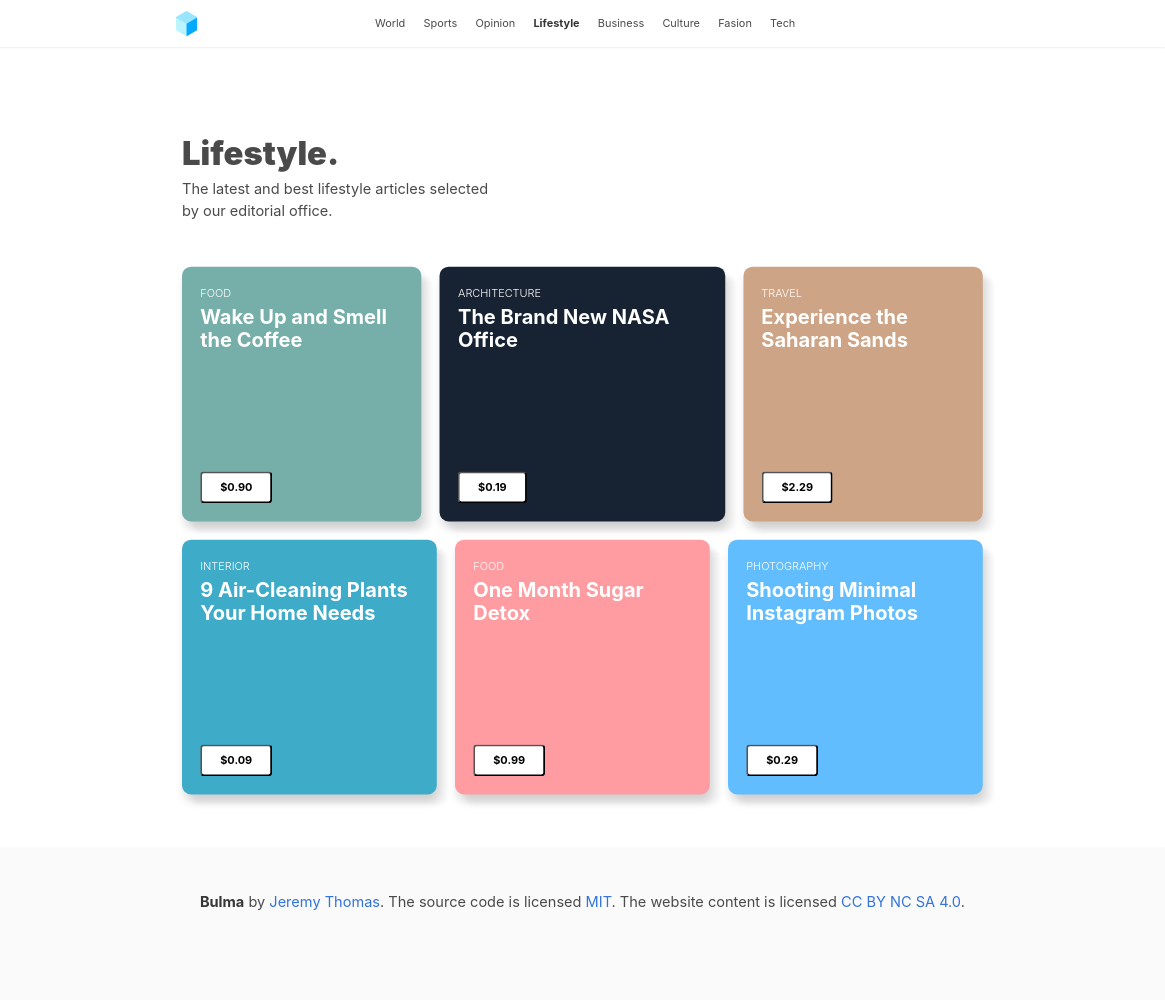
Repository: DOODpls/js_ass1
Page: index.html
An editor plug-in stored every save of this project. The page is shown before and after the next save, followed by the edit.
The browser window is 1280 px wide. The pictures show the whole page, at 91% of full size.

Above is the page before, as saved 2019-11-22 19:02:51.

### index.html
<!DOCTYPE html>
<html>
<head>
    <title></title>
    <link rel="stylesheet" href="https://cdnjs.cloudflare.com/ajax/libs/bulma/0.7.5/css/bulma.min.css" integrity="sha256-vK3UTo/8wHbaUn+dTQD0X6dzidqc5l7gczvH+Bnowwk=" crossorigin="anonymous" />
    <link rel="stylesheet" type="text/css" href="./styles.css">
</head>
<body>

    <nav class="navbar">
        <div class="container">
            <div class="logo"></div>
            <ul>
                <li>World</li>
                <li>Sports</li>
                <li>Opinion</li>
                <li><strong>Lifestyle</strong></li>
                <li>Business</li>
                <li>Culture</li>
                <li>Fasion</li>
                <li>Tech</li>
            </ul>
            <span class="icon">
              <i class="ion-ionic" style='color: black; background: black;'></i>
            </span>
        </div>
    </nav>

    <section class="section">
        <div class="container">
            <div style='margin: 40px 10px 40px'>
                <h1>Lifestyle.</h1>
                <p>The latest and best lifestyle articles selected<br/>
                    by our editorial office.
                </p>
            </div>
        </div>
        <div class="container">
            <div class='card-row' id='content'></div>
        </div>
    </section>

    <footer class="footer">
        <div class="content has-text-centered">
            <p>
                <strong>Bulma</strong> by <a href="https://jgthms.com">Jeremy Thomas</a>. The source code is licensed
                <a href="http://opensource.org/licenses/mit-license.php">MIT</a>. The website content
                is licensed <a href="http://creativecommons.org/licenses/by-nc-sa/4.0/">CC BY NC SA 4.0</a>.
            </p>
        </div>
    </footer>

    <script type="text/javascript" src='./app.js'></script>
</body>
</html>

### styles.css
/* - - - - - - - - - - - - - - - - - - - - - - - - - - - - - -
GENERAL
- - - - - - - - - - - - - - - - - - - - - - - - - - - - - - */
h1 {
    font-size: 36px;
    font-weight: 900;
}

.container {
    max-width: 900px;
}

/* - - - - - - - - - - - - - - - - - - - - - - - - - - - - - -
NAV
- - - - - - - - - - - - - - - - - - - - - - - - - - - - - - */
nav {
    border-bottom: 1px solid #ededed;
}

.navbar > .container {
    display: flex;
    align-items: center;
    justify-content: space-between;
}

nav .container ul {
    display: flex;
}

nav .container ul li {
    margin: 0 10px;
    font-size: 12px;
}

.logo {
    background: url('./img/logo.svg');
    background-size: 24px;
    background-position: center;
    background-repeat: no-repeat;

    height: 30px;
    width: 30px;
}

@media (max-width: 600px) {
    nav .container {
        padding: 0 30px;
    }

    nav .container ul {
        display: none;
    }
}

/* TILES */
.card-row {
    display: flex;
    flex-wrap: wrap;
}

.card {
    height: 280px;
    border-radius: 10px;
    background: rgba(23, 35, 50, 1);
    flex: 1 230px;
    margin: 10px;
    padding: 20px;
    position: relative;
    box-shadow: 2px 8px 9px 0px rgba(0, 0, 0, 0.14),
        11px 11px 6px rgba(0, 0, 0, 0.05);
}

.card .buy-button {
    position: absolute;
    bottom: 20px;
    left: 20px;
    background: white;
    color: black;
    border-radius: 4px;
    padding: 8px 20px;
    font-size: 12px;
    font-weight: 700;
}

.card .topic {
    color: white;
    font-weight: 300;
    font-size: 12px;
    text-transform: uppercase;
    margin-bottom: 5px;
}
.card .title {
    color: white;
    font-weight: 700;
    font-size: 22px;
}

### app.js
const green = 'rgba(118,174, 170, 1)'
const black = 'rgba(23,35, 50, 1)'
const brown = 'rgba(205,164, 133, 1)'
const greenblue = 'rgba(62,171, 201, 1)'
const pink = 'rgba(254,156, 161, 1)'
const blue = 'rgba(98,189, 254, 1)'

const data = [
    {
        topic: 'Food',
        title: 'Wake Up and Smell the Coffee',
        price: '$0.90',
        color: green
    },
    {
        topic: 'Architecture',
        title: 'The Brand New NASA Office',
        price: '$0.19',
        color: black
    },
    {
        topic: 'Travel',
        title: 'Experience the Saharan Sands',
        price: '$2.29',
        color: brown
    },
    {
        topic: 'Interior',
        title: '9 Air-Cleaning Plants Your Home Needs',
        price: '$0.09',
        color: greenblue
    },
    {
        topic: 'Food',
        title: 'One Month Sugar Detox',
        price: '$0.99',
        color: pink
    },
    {
        topic: 'Photography',
        title: 'Shooting Minimal Instagram Photos',
        price: '$0.29',
        color: blue
    }
]

// Instructions
// Take the data above and display it as tiles on the page
        //tried to do sort, but i suck
        // const button1 = document.querySelector('body section .container')
        // const btn1 = document.createElement('button')
        // btn1.className= 'buy-button'
        // btn1.id = "butt1"
        // button1.appendChild(btn1)

        // function sort1(){
        //     data.sort((a, b) => (a.topic > b.topic) ? 1 : -1)
        // }

        // const button2 = document.querySelector('#butt1')
        // button2.addEventListener('click', function(event) {
        //     sort1()
        // })

    for(i=0; i<data.length; i++){
        let heig
        if(i == 1){
            heig = '280px'
        }

        const tilers = document.querySelector('#content')
        const divr = document.createElement('div')
        divr.className= 'card'
        divr.style.backgroundColor = data[i].color
        divr.style.flex = heig
        divr.id = 'divtile'+ i
        tilers.appendChild(divr)

        const p1 = document.querySelector('#divtile'+i)
        const pr1 = document.createElement('p')
        pr1.textContent = data[i].topic
        pr1.className= 'topic'
        p1.appendChild(pr1)

        const p2 = document.querySelector('#divtile'+i)
        const pr2 = document.createElement('p')
        pr2.textContent = data[i].title
        pr2.className= 'title'
        p2.appendChild(pr2)

        const btn1 = document.querySelector('#divtile'+i)
        const btr2 = document.createElement('button')
        btr2.textContent = data[i].price
        btr2.className= 'buy-button'
        btn1.appendChild(btr2)
    }

    // data.forEach(function(item)
    // {
    //     const tilers = document.querySelector('#content')
    //     const divr = document.createElement('div')
    //     divr.className = 'card'
    //     divr.style.backgroundColor = item.color
    //     tilers.appendChild(divr)

    //     const pr1 = document.createElement('p')
    //     pr1.textContent = item.topic
    //     pr1.className= 'topic'
    //     divr.appendChild(pr1)

    //     const pr2 = document.createElement('p')
    //     pr2.textContent = item.title
    //     pr2.className= 'title'
    //     divr.appendChild(pr2)

    //     const btr2 = document.createElement('button')
    //     btr2.textContent = item.price
    //     btr2.className= 'buy-button'
    //     divr.appendChild(btr2)
    // })


    //this one also works lolllll
    // data.forEach(function(items)
    // {
    // //   document.getElementById('content').innerHTML += '<div class="card" style="background-color:'+items.color+'"><p class="topic">'+items.topic+'</p><p class="title">'+items.title+'</p><button class="buy-button">'+items.price+'</button></div>';
    // })

After the next save:
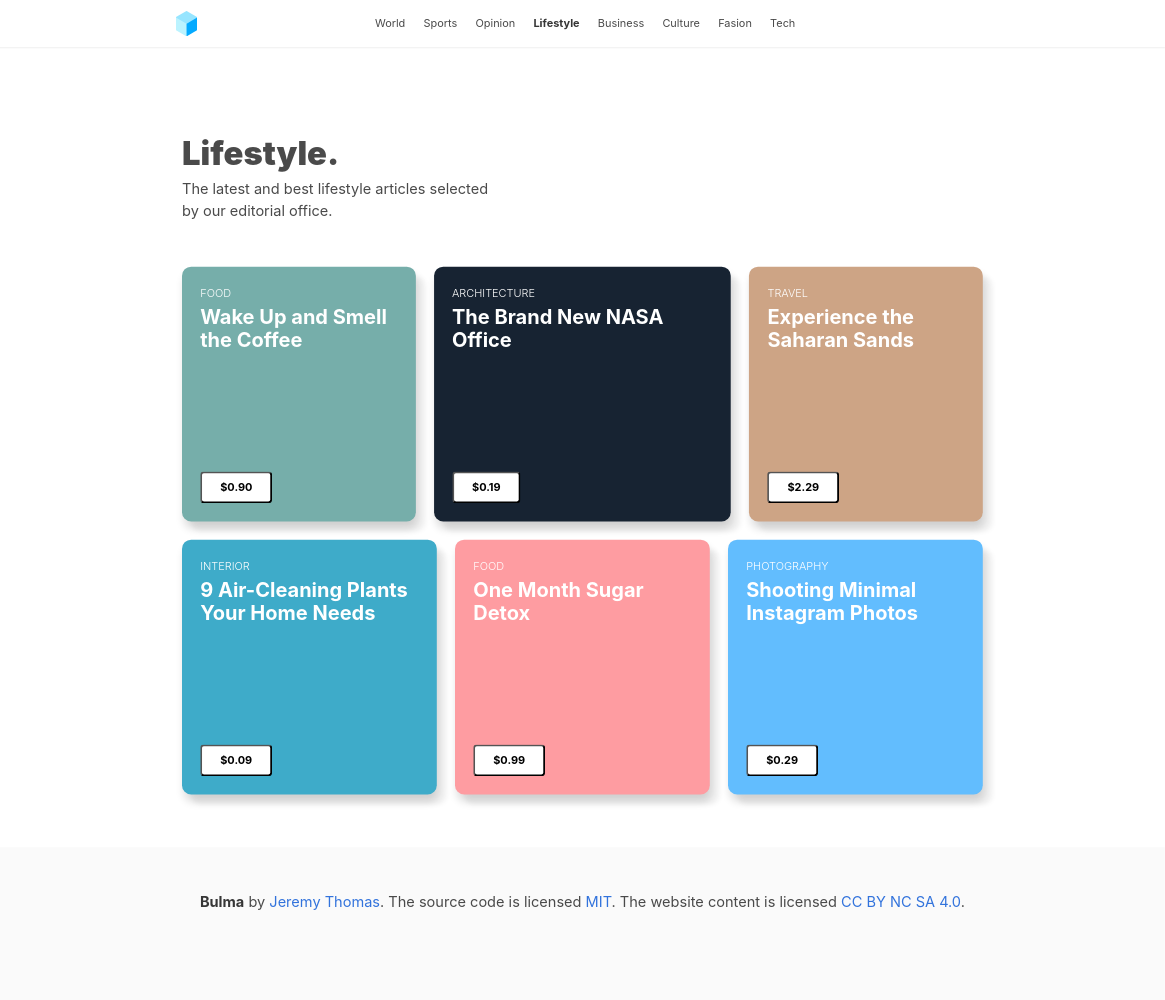
Saved 29 s later.
--- a/app.js
+++ b/app.js
@@ -65,7 +65,7 @@ const data = [
     for(i=0; i<data.length; i++){
         let heig
         if(i == 1){
-            heig = '280px'
+            heig = '300px'
         }
 
         const tilers = document.querySelector('#content')
